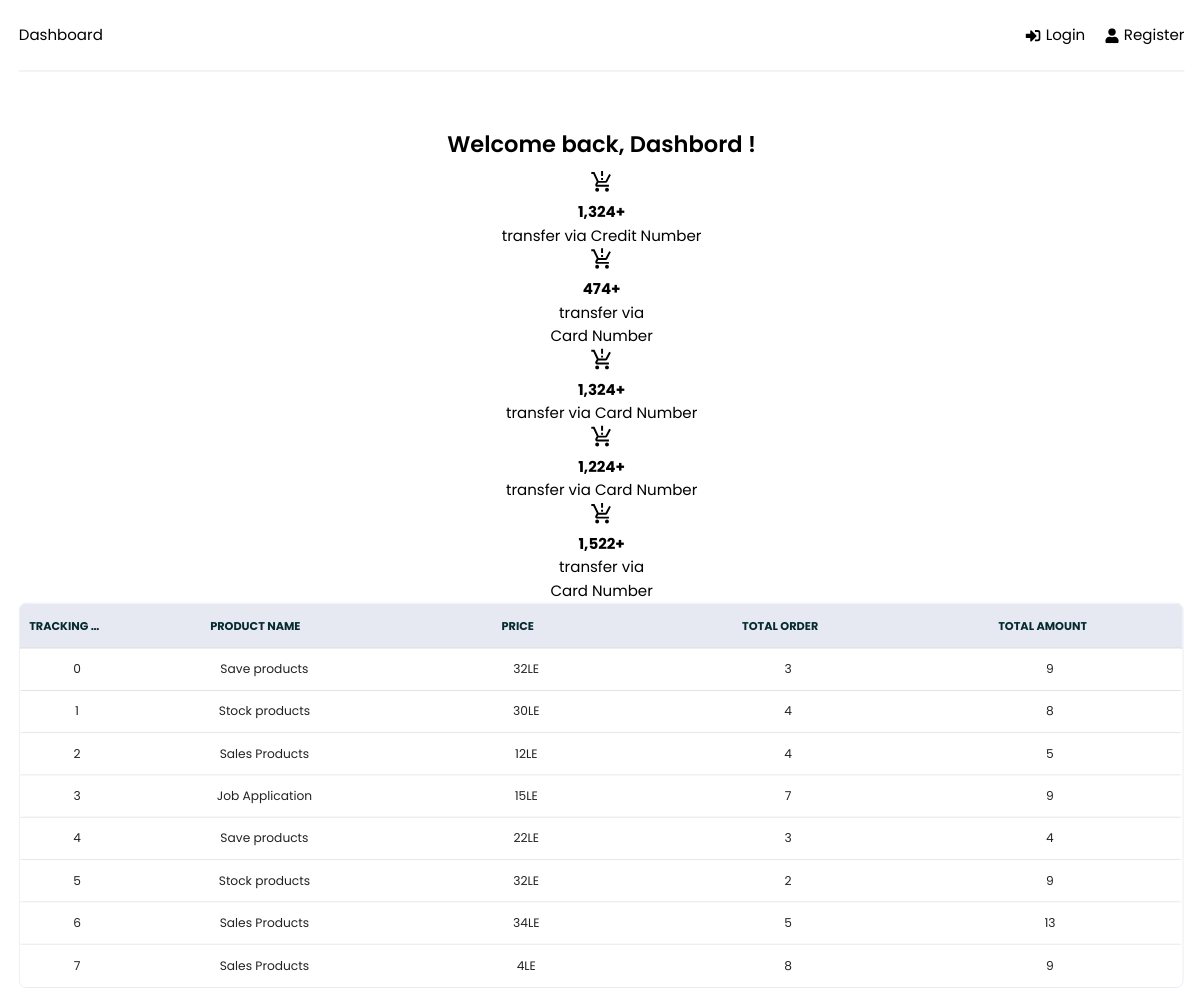
Repository: OmniaRafat232111121/DashboardTailwind
Page: /
The author's editor kept a copy of each file at every save. The page is drawn from the files as they stood at one save, then again after the next save.
The browser window is 1280 px wide. The pictures show the whole page, at 94% of full size.
The project was rebuilt for these pictures with package versions that can differ from the ones it lists, and the page was loaded fresh each time. Also part of the build but not shown: src/components/Spinner.jsx, src/pages/Login.jsx, src/pages/Register.jsx.

Above is the page before, as saved 2023-01-26 19:54:50.

### src/index.css
@import url('https://fonts.googleapis.com/css2?family=Poppins:wght@300;400;600;700&display=swap');

* {
  margin: 0;
  padding: 0;
  box-sizing: border-box;
}

body {
  font-family: 'Poppins', sans-serif;
  height: 100vh;
}

a {
  text-decoration: none;
  color: #000;
}

p {
  line-height: 1.7;
}

ul {
  list-style: none;
}

li {
  line-height: 2.2;
}

h1,
h2,
h3 {
  font-weight: 600;
  margin-bottom: 10px;
}

.container {
  width: 100%;

  margin: 0 auto;
  padding: 0 20px;
  text-align: center;
}

.header {
  display: flex;
  justify-content: space-between;
  align-items: center;
  padding: 20px 0;
  border-bottom: 1px solid #e6e6e6;
  margin-bottom: 60px;
}

.header ul {
  display: flex;
  align-items: center;
  justify-content: space-between;
}

.header ul li {
  margin-left: 20px;
}

.header ul li a {
  display: flex;
  align-items: center;
}

.header ul li a:hover {
  color: #777;
}

.header ul li a svg {
  margin-right: 5px;
}

.heading {
  font-size: 2rem;
  font-weight: 700;
  margin-bottom: 50px;
  padding: 0 20px;
}

.heading p {
  color: #828282;
}

.goals {
  display: grid;
  grid-template-columns: repeat(2, 1fr);
  gap: 10px;
}

.goal {
  background-color: #f4f4f4;
  margin: 10px 0;
  padding: 20px 0 10px;
  position: relative;
}

.goal .close {
  position: absolute;
  top: 10px;
  right: 15px;
  cursor: pointer;
  border: none;
  background: none;
}

.form,
.content {
  width: 70%;
  margin: 0 auto;
}

.form-group {
  margin-bottom: 10px;
}

.form-group input,
.form-group textarea,
.form-group select {
  width: 100%;
  padding: 10px;
  border: 1px solid #e6e6e6;
  border-radius: 5px;
  margin-bottom: 10px;
  font-family: inherit;
}

.form-group label {
  text-align: left;
  display: block;
  margin: 0 0 5px 3px;
}

.btn {
  padding: 10px 20px;
  border: 1px solid #000;
  border-radius: 5px;
  background: #000;
  color: #fff;
  font-size: 16px;
  font-weight: 700;
  cursor: pointer;
  text-align: center;
  appearance: button;
  display: flex;
  align-items: center;
  justify-content: center;
}

.btn svg {
  margin-right: 8px;
}

.btn-reverse {
  background: #fff;
  color: #000;
}

.btn-block {
  width: 100%;
  margin-bottom: 20px;
}

.btn:hover {
  transform: scale(0.98);
}

.loadingSpinnerContainer {
  position: fixed;
  top: 0;
  right: 0;
  bottom: 0;
  left: 0;
  background-color: rgba(0, 0, 0, 0.5);
  z-index: 5000;
  display: flex;
  justify-content: center;
  align-items: center;
}

.loadingSpinner {
  width: 64px;
  height: 64px;
  border: 8px solid;
  border-color: #000 transparent #555 transparent;
  border-radius: 50%;
  animation: spin 1.2s linear infinite;
}

@keyframes spin {
  0% {
    transform: rotate(0deg);
  }
  100% {
    transform: rotate(360deg);
  }
}

@media (max-width: 600px) {
  .form {
    width: 90%;
  }

  .heading h1 {
    font-size: 2rem;
  }

  .heading p {
    font-size: 1.5rem;
  }
}

### src/App.js
import { BrowserRouter as Router, Routes, Route } from 'react-router-dom'
import { ToastContainer } from 'react-toastify'
import 'react-toastify/dist/ReactToastify.css'
import Header from './components/Header'
import Dashboard from './pages/Dashboard'
import Login from './pages/Login'
import Register from './pages/Register'
import { useEffect} from 'react'
import { useSelector } from 'react-redux'
function App() {
const isAuth = useSelector(state => state?.authSlice?.user?.isAuth)
  return (
    <>
      <Router>
        <div className='container'>
          <Header />
          <Routes>
            <Route path='/' element={<Dashboard />} />
            <Route path='/login' element={<Login />} />
            <Route path='/register' element={<Register />} />


          </Routes>
        </div>
      </Router>
      <ToastContainer />





    </>
  )
}

export default App

### src/app/store.js
import { configureStore } from '@reduxjs/toolkit'
import authReducer from '../features/auth/authSlice'

export const store = configureStore({
  reducer: {
    auth: authReducer,

  },
})

### src/components/Header.jsx
import { FaSignInAlt, FaSignOutAlt, FaUser } from 'react-icons/fa'
import { Link, useNavigate } from 'react-router-dom'
import { useSelector, useDispatch } from 'react-redux'
import { logout, reset } from '../features/auth/authSlice'

function Header() {
  const navigate = useNavigate()
  const dispatch = useDispatch()
  const { user } = useSelector((state) => state.auth)

  const onLogout = () => {
    dispatch(logout())
    dispatch(reset())
    navigate('/')
  }

  return (
    <header className='header'>
      <div className='logo'>
        <Link to='/'>Dashboard</Link>
      </div>
      <ul>
        {user ? (
          <li>
            <button className='btn' onClick={onLogout}>
              <FaSignOutAlt /> Logout
            </button>
          </li>
        ) : (
          <>
            <li>
              <Link to='/login'>
                <FaSignInAlt /> Login
              </Link>
            </li>
            <li>
              <Link to='/register'>
                <FaUser /> Register
              </Link>
            </li>
          </>
        )}
      </ul>
    </header>
  )
}

export default Header

### src/pages/Dashboard.jsx
import React from 'react'
import {MdProductionQuantityLimits} from 'react-icons/md'
import DataTableDT from '../components/DataTable'
import InfoCard from '../components/InfoCard';
import { BiBell, BiBriefcase, BiMessageDetail } from 'react-icons/bi'
import { AiOutlineBarChart } from 'react-icons/ai'
import { FaEye, FaHeart } from 'react-icons/fa'
import { RiGamepadLine } from 'react-icons/ri'
import { HiShoppingBag } from 'react-icons/hi'

const columns = [
    {
    name: 'Tracking no',
    selector: row => row?.id,
    sortable: true,
    reorder: true,
    center: true,
    maxWidth: '120px',
  },
  {
    name: 'Product name',
    selector: row => row?.title,
    sortable: true,
    reorder: true,
    center: true,
  },
  {
    name: 'Price',
    selector: row => row?.price + 'LE',
    sortable: true,
    reorder: true,
    center: true,
  },
  {
    name: 'Total Order',
    selector: row => row?.order ,
   sortable: true,
    reorder: true,
    center: true,
  },
  {
    name: 'Total Amount',
    selector: row => row?.total ,
    sortable: true,
    reorder: true,
    center: true,
  },

];

const data = [

    {
    id: 0,
    count: 178,
    order:3,
    price: 32,
    title: 'Save products',
    total:9,
    icon: <FaHeart />,
      color:'blue'
    },
    {
      id:1,
      count: 20,
         order:4,
      price: 30,
        total:8,
      title:'Stock products',
      icon: <RiGamepadLine />,
      color:'yellow'
    },
    {
      id:2,
      count: 190,
      price: 12,
      order: 4,
           total:5,
      title:'Sales Products',
      icon: <HiShoppingBag />,
      color:'orange'
    },
    {
      id:3,
      count: 12,
      price: 15,
       total:9,
      order:7,
      title:'Job Application',
      icon: <BiBriefcase />,
      color:'purple'
  },
    {
      id:4,
      count: 178,
      price: 22,
       total:4,
     order:3,
      title:'Save products',
      icon: <FaHeart/>,
      color:'blue'
    },
    {
      id:5,
      count: 20,
      price: 32,
      order: 2,
            total:9,
      title:'Stock products',
      icon: <RiGamepadLine />,
      color:'yellow'
    },
    {
      id:6,
      count: 190,
        price:34,
      title: 'Sales Products',
        order:5,
      icon: <HiShoppingBag />,
      color: 'orange',
       total:13,
    },

        {
      id:7,
      count: 140,
        price:4,
      title: 'Sales Products',
        order:8,
      icon: <HiShoppingBag />,
      color: 'orange',
       total:9,
    },


]


const Dashboard = () => {


  return (
    <section className="  w-full px-14 flex-1 pt-14 ">
      <div>
        <h2 className=" lg:text-lg text-black-400 ">Welcome back, Dashbord !</h2>
        <div className=' flex  flex-col mt-4
           lg:flex-row
           items-center
           justify-between
           rounded-md
           bg-gray-100 shadow-2xl p-10 '>

          <InfoCard
            className="mt-3 p-5 box-shadow-300 "
            bgColor={"bg-green-600"}
            textColor={"text-green-500"}

            count={'+1324'}
            icon={<MdProductionQuantityLimits size={25} />}
            label={
              <span className='text-sm'>
                transfer via Credit Number
              </span>
            }
          />
           <InfoCard
            className="mt-3 p-5 box-shadow-300"
            bgColor={"bg-purple-600"}
            textColor={"text-purple-500"}

            count={'+474'}
            icon={<MdProductionQuantityLimits size={25} />}
            label={
              <span className='text-sm'>
                transfer via
                <br />
                Card Number
              </span>
            }
          />
            <InfoCard
            className="mt-3 p-5 box-shadow-300"
            bgColor={"bg-blue-600"}
            textColor={"text-blue-500"}

            count={'+1324'}
            icon={<MdProductionQuantityLimits size={25} />}
            label={
              <span className='text-sm'>
                transfer via  Card Number
              </span>
            }
          />


          <InfoCard
            className="mt-3 box-shadow-300"
             count={'+1224'}
            bgColor={"bg-red-600"}
            textColor={"text-red-500"}
            icon={<MdProductionQuantityLimits size={25} />}
            label={
              <span className='text-sm'>
                transfer via  Card Number
              </span>
            }
          />

          <InfoCard
            className="mt-3 box-shadow-300"
             count={'+1522'}
            bgColor={"bg-yellow-600"}
            textColor={"text-yellow-500"}
            icon={<MdProductionQuantityLimits size={25} />}
            label={
              <span className='text-sm'>
                transfer via
                <br />
                Card Number
              </span>
            }
          />




        </div>
        <div className='mt-10'>
          <DataTableDT
            className=" md:w-3"
            columns={columns}
            data={data}
            selectableRows
            pagination={false}
        />
        </div>
      </div>

    </section>
  )
}

export default Dashboard

### src/features/auth/authSlice.js
import { createSlice, createAsyncThunk } from '@reduxjs/toolkit'
import authService from './authService'

// Get user from localStorage
const user = JSON.parse(localStorage.getItem('user'))

const initialState = {
  user: user ? user : null,
  isError: false,
  isSuccess: false,
  isLoading: false,
  message: '',
}

// Register user
export const register = createAsyncThunk(
  'auth/register',
  async (user, thunkAPI) => {
    try {
      return await authService.register(user)
    } catch (error) {
      const message =
        (error.response &&
          error.response.data &&
          error.response.data.message) ||
        error.message ||
        error.toString()
      return thunkAPI.rejectWithValue(message)
    }
  }
)

// Login user
export const login = createAsyncThunk('auth/login', async (user, thunkAPI) => {
  try {
    return await authService.login(user)
  } catch (error) {
    const message =
      (error.response && error.response.data && error.response.data.message) ||
      error.message ||
      error.toString()
    return thunkAPI.rejectWithValue(message)
  }
})

export const logout = createAsyncThunk('auth/logout', async () => {
  await authService.logout()
})

export const authSlice = createSlice({
  name: 'auth',
  initialState,
  reducers: {
    reset: (state) => {
      state.isLoading = false
      state.isSuccess = false
      state.isError = false
      state.message = ''
    },
  },
  extraReducers: (builder) => {
    builder
      .addCase(register.pending, (state) => {
        state.isLoading = true
      })
      .addCase(register.fulfilled, (state, action) => {
        state.isLoading = false
        state.isSuccess = true
        state.user = action.payload
      })
      .addCase(register.rejected, (state, action) => {
        state.isLoading = false
        state.isError = true
        state.message = action.payload
        state.user = null
      })
      .addCase(login.pending, (state) => {
        state.isLoading = true
      })
      .addCase(login.fulfilled, (state, action) => {
        state.isLoading = false
        state.isSuccess = true
        state.user = action.payload
      })
      .addCase(login.rejected, (state, action) => {
        state.isLoading = false
        state.isError = true
        state.message = action.payload
        state.user = null
      })
      .addCase(logout.fulfilled, (state) => {
        state.user = null
      })
  },
})

export const { reset } = authSlice.actions
export default authSlice.reducer

### src/components/DataTable.jsx
import React from 'react';
import DataTable, { createTheme } from 'react-data-table-component';
import { BsSortDown } from 'react-icons/bs';
const sortIcon = <BsSortDown />;
const DataTbleDT = ({
  columns,
  data,
  title,
  select,
  pagination,
  paginationServer,
  paginationTotalRows,
  onChangeRowsPerPage,
  onChangePage,
  progressPending,
  progressComponent,
}) => {
  const customStyles = {
    tableWrapper: {
      style: {
        display: 'table',
        border: '1px solid #E6E9F1',
        width: '99.9%',
        overflow: 'hidden',
        borderRadius: '8px',
      },
    },
    header: {
      style: {
        color: '#FFFFFF',
        fontWeight: 800,
        minHeight: '60px',
        paddingLeft: '0px',
        textAlign: 'center',
        textTransform: 'uppercase',
      },
    },
    head: {
      style: {
        color: 'orange',
      },
    },
    headRow: {
      style: {
        backgroundColor: '#E6E9F1',
        minHeight: '48px',
      },
      denseStyle: {
        minHeight: '30px',
      },
    },
    headCells: {
      style: {
        textTransform: 'uppercase',
        fontWeight: 700,
        color: '#052A30',
        paddingLeft: '10px',
        paddingRight: '10px',
      },
      activeSortStyle: {
        color: '#ccc',
        '&:focus': {
          outline: 'none',
        },
        '&:hover:not(:focus)': {
          color: '#E6E9F1',
        },
      },
      inactiveSortStyle: {
        '&:focus': {
          outline: 'none',
          color: '',
        },
        '&:hover': {
          color: '',
        },
      },
    },
    cells: {
      style: {
        paddingLeft: '10px',
        paddingRight: '10px',
        wordBreak: 'break-word',
      },
    },
    rows: {
      style: {
        minHeight: '45px',
        width: '99.8%',
        marginLeft: '1px',
        marginRight: '1px',
      },
      denseStyle: {
        fontSize: '12px',
        minHeight: '40px',
      },
      highlightOnHoverStyle: {
        backgroundColor: '#f7fcf7',
      },
    },
  };

  createTheme('ElevateLight', {
    text: {
      primary: '#393939',
      secondary: '#000',
    },
    background: {
      default: '#fff',
    },
    context: {
      background: '#f7fcf7',
      text: '#FFFFFF',
    },
    divider: {
      default: '#E6E9F1',
    },
    action: {
      button: 'rgba(0,0,0,.54)',
      hover: 'rgba(0,0,0,.08)',
      disabled: 'rgba(0,0,0,.12)',
    },
  });

  return (
    <DataTable
      columns={columns}
      data={data}
      selectableRows={select}
      selectableRowsNoSelectAll={false}
      selectableRowsVisibleOnly={false}
      selectableRowsHighlight={true}
      selectableRowsSingle={false}
      expandableRows={false}
      expandOnRowClicked={false}
      expandOnRowDoubleClicked={false}
      expandableRowsHideExpander={false}
      highlightOnHover={false}
      striped={false}
      pointerOnHover={false}
      dense={false}
      persistTableHead={false}
      noHeader={false}
      fixedHeader={false}
      fixedHeaderScrollHeight="300px"
      noTableHead={false}
      noContextMenu={false}
      direction="right"
      subHeader={false}
      subHeaderAlign="right"
      subHeaderWrap={true}
      responsive
      disabled={false}
      customStyles={customStyles}
      sortIcon={sortIcon}
      pagination={pagination}
      paginationServer={paginationServer}
      paginationTotalRows={paginationTotalRows}
      onChangeRowsPerPage={onChangeRowsPerPage}
      onChangePage={onChangePage}
      progressPending={progressPending}
      progressComponent={progressComponent}
    />
  );
};

export default DataTbleDT;

### src/components/InfoCard.jsx
import React from 'react'
import CountUp from 'react-countup'
const InfoCard = (props) => {
    return (
       <div className={` mt-3 rounded-xl ${props.bgColor} bg-opacity-10 p-5  w-36    ${props.textColor}`}>


            <div className='text  flex justify-between   '>
        {props.icon}
                <h4>
          <CountUp
            start={0}
            end={props.count}
            duration={props.count < 20 ? 1 : props.count < 200 ? 2 : 3}
            decimals={0}
                    />
                    +
                    </h4>
            </div>
            {props.label}

          </div>



  )
}

export default InfoCard

### src/features/auth/authService.js
import axios from 'axios'

const API_URL1 = 'https://reqres.in/api/register'

// Register user
const register = async (userData) => {
  const response = await axios.post(API_URL1, userData)

  if (response.data) {
    localStorage.setItem('user', JSON.stringify(response.data))
  }

  return response.data
}

const API_URL = 'https://reqres.in/api/login/'
 //Login user
const login = async (userData) => {
  const response = await axios.post(API_URL , userData)

  if (response.data) {
    localStorage.setItem('user', JSON.stringify(response.data))
  }

  return response.data
}

// Logout user
const logout = () => {
  localStorage.removeItem('user')
}

const authService = {
  register,
  logout,
  login,
}

export default authService

Loaded but not shown: public/index.html (common file); src/index.js (common file)

After the next save:
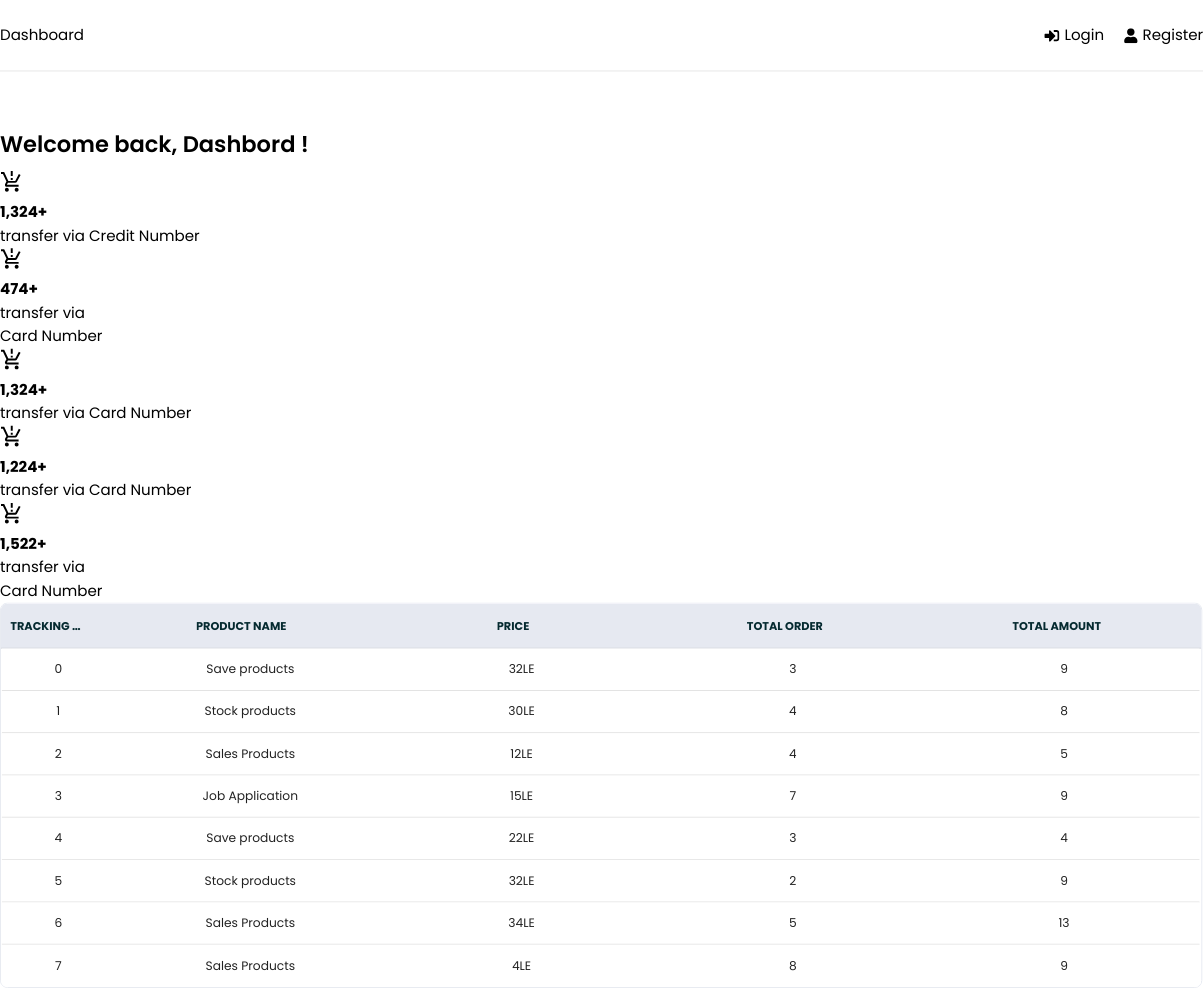
Saved 100 s later.
--- a/src/App.js
+++ b/src/App.js
@@ -12,7 +12,7 @@
   return (
     <>
       <Router>
-        <div className='container'>
+        <div >
           <Header />
           <Routes>
             <Route path='/' element={<Dashboard />} />

After the save that followed:
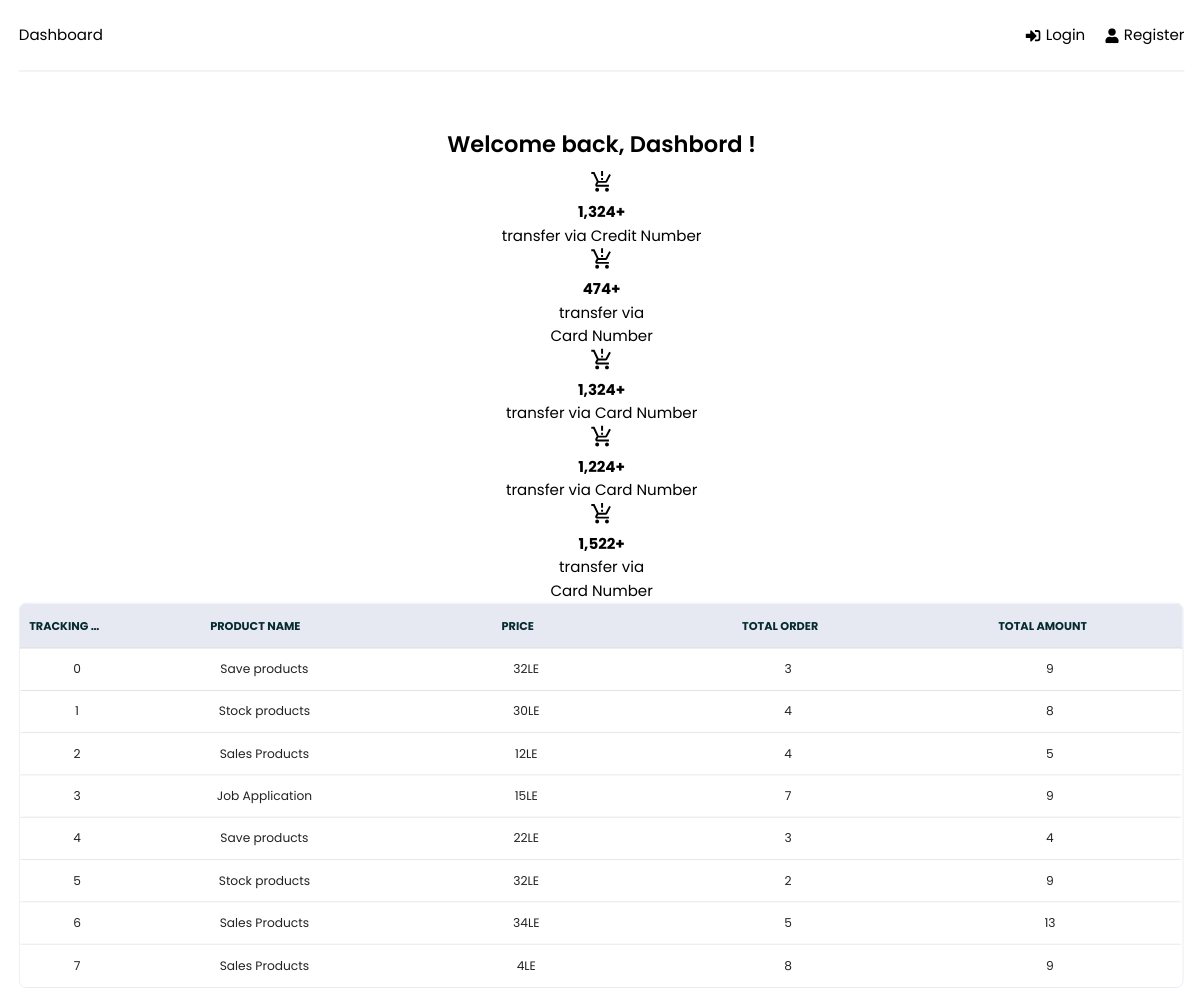
Saved 20 s later.
--- a/src/App.js
+++ b/src/App.js
@@ -12,7 +12,7 @@
   return (
     <>
       <Router>
-        <div >
+        <div className='container'>
           <Header />
           <Routes>
             <Route path='/' element={<Dashboard />} />
